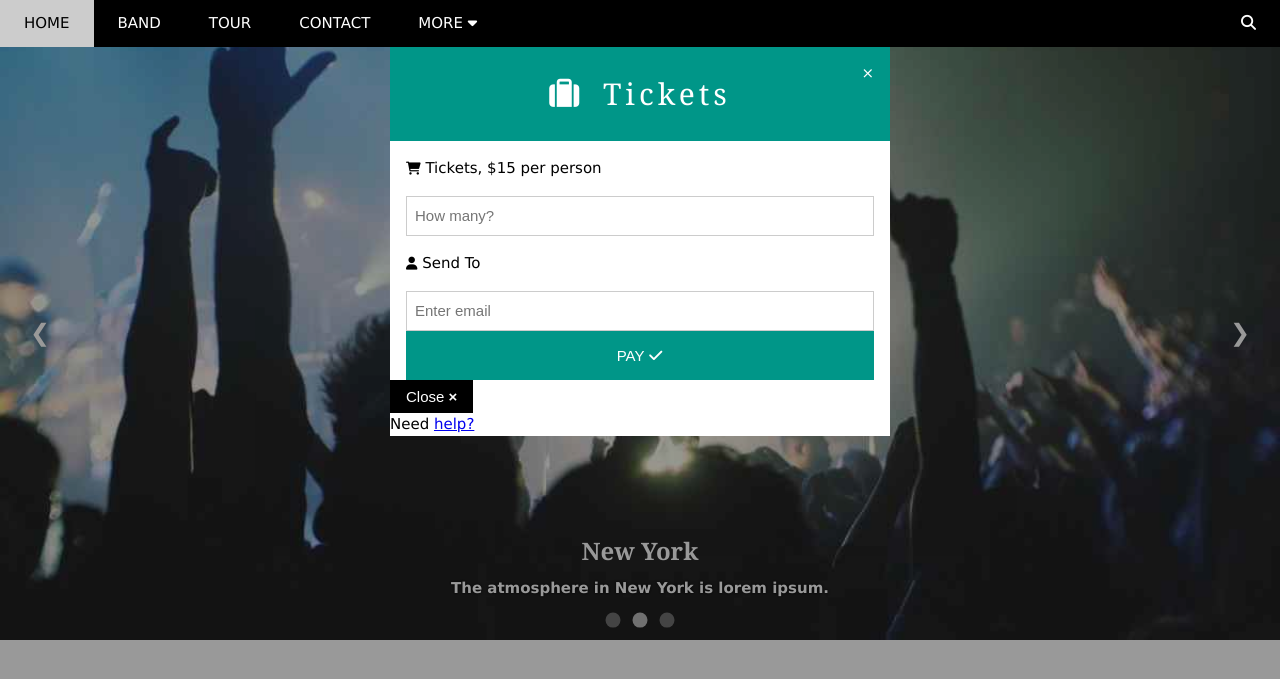
Repository: tam1512/The-Band
Page: index.html
The author's editor kept a copy of each file at every save. The page is drawn from the files as they stood at one save, then again after the next save.
The browser window is 1280 px wide. The pictures show the window.
A layer covers the whole window, so only the first screen is drawn. Some web libraries are served in a nearby version.

Above is the page before, as saved 2022-07-24 10:32:41.

### index.html
<!DOCTYPE html>
<html lang="en">
  <head>
    <meta charset="UTF-8" />
    <meta http-equiv="X-UA-Compatible" content="IE=edge" />
    <meta name="viewport" content="width=device-width, initial-scale=1.0" />
    <link
      rel="stylesheet"
      href="https://cdnjs.cloudflare.com/ajax/libs/font-awesome/6.1.1/css/all.min.css"
      integrity="sha512-KfkfwYDsLkIlwQp6LFnl8zNdLGxu9YAA1QvwINks4PhcElQSvqcyVLLD9aMhXd13uQjoXtEKNosOWaZqXgel0g=="
      crossorigin="anonymous"
      referrerpolicy="no-referrer"
    />
    <link rel="stylesheet" href="./assets/css/style.css" />
    <title>The Band</title>
  </head>
  <body>
    <div class="container">
      <!-- header -->
      <div class="header" id="home">
        <ul class="header_nav">
          <li><a href="#home">HOME</a></li>
          <li><a href="#band">BAND</a></li>
          <li><a href="#tour">TOUR</a></li>
          <li><a href="#contact">CONTACT</a></li>
          <li class="header_nav_dropdown">
            <a href="javascript:void(0)" class="dropbtn">
              MORE
              <i class="fa-solid fa-caret-down"></i>
            </a>
            <div class="dropdown-content">
              <a href="#">Merchandise</a>
              <a href="#">Extras</a>
              <a href="#">Media</a>
            </div>
          </li>
        </ul>
        <div id="header_search">
          <i class="fa-solid fa-magnifying-glass text-white"></i>
        </div>
      </div>
      <!-- Slideshow container -->
      <div class="slider">
        <!-- Full-width image with caption text -->
        <div class="slider_slides-cont">
          <div class="slider_slide">
            <img src="assets/img/la.jpg" alt="Los Angeles" />
            <div class="text padding-32-16 text-white">
              <h3 class="fz-24 margin-10-0">Los Angeles</h3>
              <p class="margin-15-0">
                <b class="text-shadow">We had the bes time playing at Venice Beach!</b>
              </p>
            </div>
          </div>

          <div class="slider_slide">
            <img src="assets/img/ny.jpg" alt="New York" />
            <div class="text padding-32-16 text-white">
              <h3 class="fz-24 margin-10-0">New York</h3>
              <p class="margin-15-0">
                <b class="text-shadow">The atmosphere in New York is lorem ipsum.</b>
              </p>
            </div>
          </div>

          <div class="slider_slide">
            <img src="assets/img/chicago.jpg" alt="Chicago" />
            <div class="text padding-32-16 text-white">
              <h3 class="fz-24 margin-10-0">Chicago</h3>
              <p class="margin-15-0">
                <b class="text-shadow">Thank you, Chicago - A night we won't forget</b>
              </p>
            </div>
          </div>
        </div>

        <!-- The pagination/circles -->
         <div class="slider_pagination"></div>

        <!-- Next and previous buttons (navigatin slide)-->
        <a class="prev">&#10094</a>
        <a class="next">&#10095</a>
      </div>
      <div class="content">
          <div class="padding-64-16 text-center" id="band">
            <h2 class="tilte fz-30 margin-10-0">THE BAND</h2>
            <p class="margin-15-0"><i class="sub-title opacity">We love music</i></p>
            <p class="band_content margin-15-0 text-justify">We have created a fictional band website. Lorem ipsum dolor sit amet, consectetur adipiscing elit, sed do eiusmod tempor incididunt ut labore et dolore magna aliqua. Ut enim ad minim veniam, quis nostrud exercitation ullamco laboris nisi ut aliquip ex ea commodo consequat. Duis aute irure dolor in reprehenderit in voluptate velit esse cillum dolore eu fugiat nulla pariatur. Excepteur sint occaecat cupidatat non proident, sunt in culpa qui officia deserunt mollit anim id est laborum consectetur adipiscing elit, sed do eiusmod tempor incididunt ut labore et dolore magna aliqua. Ut enim ad minim veniam, quis nostrud exercitation ullamco laboris nisi ut aliquip ex ea commodo consequat.</p>
            <div class="row band_members padding-32-0">
              <div class="third band_member">
                <p class="margin-15-0">Name</p>
                <img src="assets/img/bandmember.jpg" alt="band member" class="band_member_img margin-bottom-16">
              </div>
              <div class="third band_member">
                <p class="margin-15-0">Name</p>
                <img src="assets/img/bandmember.jpg" alt="band member" class="band_member_img margin-bottom-16">
              </div>
              <div class="third band_member">
                <p class="margin-15-0">Name</p>
                <img src="assets/img/bandmember.jpg" alt="band member" class="band_member_img margin-bottom-16">
              </div>
            </div>
            <!-- <div style="clear: both;"></div> -->
          </div>
          <div class="backgroud-black" id="tour">
            <div class="tour-container padding-64-16 text-center text-white">
              <h2 class="tilte fz-30 margin-10-0">TOUR DATES</h2>
              <p class="margin-15-0"><i class="sub-title">Remember to book your tickets!</i></p>
              <br>
              <ul class="list-month backgroud-white">
                <li class="month-item padding-8-16 boder-bottom">
                  <p class="month text-grey">September</p>
                  <span class="ticket-sold-out text-white">Sold out</span>
                </li>
                <li class="month-item padding-8-16 boder-bottom">
                  <p class="month text-grey">October</p>
                  <span class="ticket-sold-out text-white">Sold out</span>
                </li>
                <li class="month-item padding-8-16 boder-bottom">
                  <p class="month text-grey">November</p>
                  <span class="ticket-still text-white">3</span>
                </li>
              </ul>

              <div class="row ticket-list padding-32-8">
                <div class="ticket-wrap third margin-bottom-16 padding-0-8">
                  <img class="ticket-img img opacity" src="assets/img/newyork.jpg" alt="Ticket New Yourk">
                  <div class="ticket-content padding-0-16 backgroud-white text-left">
                    <p class="ticket-name margin-15-0 text-black"><b>New Yourk</b></p>
                    <p class="ticket-time margin-15-0 text-grey">Fri 27 Nov 2016</p>
                    <p class="ticket-desc margin-15-0 text-black">Praesent tincidunt sed tellus ut rutrum sed vitae justo.</p>
                    <button class="btn margin-bottom-16">Buy Ticket</button>
                  </div>
                </div>
                <div class="ticket-wrap third margin-bottom-16 padding-0-8">
                  <img class="ticket-img img opacity" src="assets/img/paris.jpg" alt="Ticket Chicago">
                  <div class="ticket-content padding-0-16 backgroud-white text-left">
                    <p class="ticket-name margin-15-0 text-black"><b>Paris</b></p>
                    <p class="ticket-time margin-15-0 text-grey">Sat 28 Nov 2016</p>
                    <p class="ticket-desc margin-15-0 text-black">Praesent tincidunt sed tellus ut rutrum sed vitae justo.</p>
                    <button class="btn margin-bottom-16">Buy Ticket</button>
                  </div>
                </div>
                <div class="ticket-wrap third margin-bottom-16 padding-0-8">
                  <img class="ticket-img img opacity" src="assets/img/sanfran.jpg" alt="Ticket San Francisco">
                  <div class="ticket-content padding-0-16 backgroud-white text-left">
                    <p class="ticket-name margin-15-0 text-black"><b>San Francisco</b></p>
                    <p class="ticket-time margin-15-0 text-grey">Sun 29 Nov 2016</p>
                    <p class="ticket-desc margin-15-0 text-black">Praesent tincidunt sed tellus ut rutrum sed vitae justo.</p>
                    <button class="btn margin-bottom-16">Buy Ticket</button>
                  </div>
                </div>
              </div>
            </div>
          </div>
      </div>
    </div>
    <!-- Ticket modal -->
    <div id="ticketModal">
     <div class="ticket-content">
       <div class="modal-heading padding-32-16">
         <span class="btn-ticket-out btn fz-24">&times;</span>
         <h2 class="ticket-title text-center text-white fz-30">
           <i class="fa-solid fa-suitcase"></i>
           Tickets
         </h2>
       </div>
       <form class="ticket-form padding-0-16">
         <label class="ticket-form-label margin-16-0" for="quantity_person">
           <i class="fa-solid fa-cart-shopping"></i>
           Tickets, $15 per person
         </label>
         <input type="text" id="quantity_person" name="quantity_person" placeholder="How many?">
         <label class="ticket-form-label margin-16-0" for="email">
           <i class="fa-solid fa-user"></i>
           Send To
         </label>
         <input type="email" id="email" name="email" placeholder="Enter email">
         <button class="big-btn btn">
           Pay
           <i class="fa-solid fa-check"></i>
         </button>
       </form>
       <div class="modal-footer">
         <button class="ticket-footer-close btn">
           Close
           <b>&times;</b>
         </button>
         <p class="ticket-help">
           Need
           <a href="javascript::void(0);">help?</a>
         </p>
       </div>
     </div>
    </div>
    <script src="assets/js/js.js"></script>
  </body>
</html>

### assets/css/style.css
:root {
}

* {
  padding: 0em;
  margin: 0;
  box-sizing: border-box;
}

body {
  font-family: Verdana, sans-serif;
  font-size: 15px;
  line-height: 22.5px;
}

h1,
h2,
h3,
h4,
h5,
h6 {
  font-family: Georgia, serif;
}

.fz-24 {
  font-size: 24px;
}

.fz-30 {
  font-size: 30px;
}

.text-white {
  color: white;
}

.text-grey {
  color: #757575;
}

.text-black {
  color: #000;
}

.opacity {
  opacity: 0.6 !important;
}

.backgroud-black {
  background-color: #000;
}

.backgroud-white {
  background-color: #fff;
}

.text-center {
  text-align: center;
}

.text-justify {
  text-align: justify;
}

.text-left {
  text-align: left;
}

.padding-0-8 {
  padding: 0.01em 8px !important;
}

.padding-0-16 {
  padding: 0.01em 16px !important;
}

.padding-64-16 {
  padding: 64px 16px !important;
}

.padding-32-16 {
  padding: 32px 16px !important;
}

.padding-32-8 {
  padding: 32px 8px !important;
}

.padding-32-0 {
  padding: 32px 0 !important;
}

.padding-8-16 {
  padding: 8px 16px !important;
}

.padding-32 {
  padding: 32px !important;
}

.margin-0-24 {
  margin: 0 24px !important;
}

.margin-10-0 {
  margin: 10px 0 !important;
}

.margin-15-0 {
  margin: 15px 0 !important;
}

.margin-16-0 {
  margin: 16px 0 !important;
}

.margin-bottom-16 {
  margin-bottom: 16px;
}

.text-shadow {
  text-shadow: 0 0 3px #000;
}

.boder-bottom {
  border: 1px solid #ddd;
}

.btn {
  display: inline-block;
  text-decoration: none;
  color: white;
  border: none;
  outline: none;
  padding: 8px 16px;
  background-color: #000;
  font-size: 15px;
  text-align: center;
  cursor: pointer;
}

.btn:hover {
  background-color: #ccc;
  color: #000;
}

.img {
  width: 100%;
  outline: none;
  vertical-align: middle;
}

.header {
  position: fixed;
  top: 0;
  right: 0;
  left: 0;
  z-index: 2;
}

.header_nav {
  list-style-type: none;
  background-color: #000;
  overflow: hidden;
}

.header_nav > li {
  float: left;
}

.header_nav > li > a,
.dropbtn {
  display: inline-block;
  padding: 12px 24px;
  text-align: center;
  color: #fff;
  text-decoration: none;
}

.header_nav > li > a:hover,
.header_nav_dropdown:hover,
.dropbtn:hover,
.dropdown-content a:hover {
  background-color: #ccc;
  color: black;
}

li.header_nav_dropdown {
  display: inline-block;
  /* position: relative; */
}

.dropdown-content {
  display: none;
  position: absolute;
  min-width: 160px;
  background-color: #fff;
  box-shadow: 0px 8px 16px 0px rgba(0, 0, 0, 0.2);
  z-index: 1;
}

.dropdown-content a {
  color: #000 !important;
  text-align: left;
  padding: 8px 16px;
  display: block;
  text-decoration: none;
}

.header_nav_dropdown:hover .dropdown-content {
  display: block;
}

#header_search {
  position: absolute;
  top: 0;
  right: 0;
  padding: 12px 24px;
}

#header_search:hover {
  background-color: #f44336;
}

/* Slider */
/* Slideshow container */
.slider,
.slider_slides-cont {
  max-width: 100%;
  height: auto;
  position: relative;
  /* top: 47px; */
  margin: auto;
}

/* Hide the images by default */
.slider_slide {
  display: none;
}

.slider_slide:first-child {
  display: block;
}

.slider_slides-cont img {
  width: 100%;
  height: 100%;
}

/* Next & previous buttons */
.prev,
.next {
  cursor: pointer;
  position: absolute;
  top: 50%;
  transform: translate(0, -50%);
  margin: 10px;
  padding: 24px 20px;
  color: #fff;
  font-weight: bold;
  font-size: 24px;
  transition: background-color 0.6s ease;
  border-radius: 5px 5px 5px 5px;
  user-select: none;
}

/* Position the "next button" to the right */
.next {
  right: 0;
  border-radius: 5px 5px 5px 5px;
}

/* On hover, add a black backgroound color with a little bit see-through */
.prev:hover,
.next:hover {
  background-color: rgba(191, 191, 191, 0.6);
  color: rgb(26, 23, 23);
  font-weight: bolder;
}

/* Caption text */
.text {
  position: absolute;
  left: 50%;
  transform: translate(-50%, -100%);
  text-align: center;
}

.slider_pagination {
  position: absolute;
  left: 50%;
  transform: translate(-50%, -120%);
}

.slider_pagination_btn {
  cursor: pointer;
  padding: 6px;
  background-color: transparent;
  display: inline-block;
  transition: background-color 0.6s ease;
}

.slider_pagination_btn::before {
  content: "";
  display: inline-block;
  height: 15px;
  width: 15px;
  border-radius: 50%;
  background-color: #717171;
}
.slider_pagination_btn.slider_pagination_btn--sel::before,
.slider_pagination_btn:hover::before {
  background-color: #bbb;
}

/* content */

#band,
.tour-container,
#contact {
  max-width: 800px;
  margin-left: auto;
  margin-right: auto;
}

.tilte {
  font-weight: normal;
  line-height: 45px;
  letter-spacing: 4px;
}

/* band */
/* Third image */

.row:after {
  content: "";
  display: table;
  clear: both;
}

.third {
  float: left;
  width: calc(100% / 3);
}

.band_member_img {
  width: 60%;
  border-radius: 4px;
}

/* Month ticket */
.list-month {
  list-style-type: none;
  text-align: left;
}

.month-item {
  position: relative;
}

.month {
  display: inline-block;
}

.ticket-sold-out {
  display: inline-block;
  background-color: #f44336;
  padding: 0.01em 8px;
  margin-left: 16px;
}

.ticket-still {
  display: inline-block;
  padding: 0.01em 8px;
  position: absolute;
  right: 32px;
  text-align: center;
  background-color: #000;
  border-radius: 50%;
}

/* ticket list */
.ticket-list {
  margin: 0 -16px;
}

/* ticket modal */
#ticketModal {
  position: fixed;
  top: 47px;
  right: 0;
  bottom: 0;
  left: 0;
  overflow: auto;
  background-color: rgba(0, 0, 0, 0.4);
}

.ticket-content {
  position: relative;
  width: 500px;
  margin: auto;
  background-color: #fff;
}

.modal-heading {
  background-color: #009688;
}

.ticket-title {
  font-weight: normal;
  letter-spacing: 4px;
}

.ticket-title i {
  margin-right: 8px;
}

.btn-ticket-out {
  position: absolute;
  top: 0;
  right: 0;
  line-height: 36px;
  background-color: transparent;
}

.ticket-form-label {
  display: block;
}

.ticket-form-label i {
  line-height: 15px;
  font-size: 13px;
}

#quantity_person,
#email {
  display: block;
  padding: 8px;
  font-size: 15px;
  line-height: 22.5px;
  border: 1px solid #ccc;
  background-color: #fff;
  width: 100%;
}

.big-btn {
  padding: 16px;
  background-color: #009688;
  width: 100%;
  text-transform: uppercase;
}

### assets/js/js.js
let currentIndex = 0;
let newIndex = 0;
let autoplay = true;

//tạo một object cho việc tự động chuyển slide
let Autoplay = {
  timerID: null,
  interval: 4000,

  start: function () {
    this.timerID = setInterval(function () {
      newIndex++;
      navigateSlider();
    }, this.interval);
  },

  reset: function () {
    clearInterval(this.timerID);
    this.start();
  },
};

let slideElements = document.getElementsByClassName("slider_slide");
let slidesLength = slideElements.length;
let paginationElement = document.getElementsByClassName("slider_pagination")[0];
let prevElement = document.getElementsByClassName("prev")[0];
let nextElement = document.getElementsByClassName("next")[0];

// lấy sự kiện click của 2 nut prev và next
prevElement.addEventListener("click", function () {
  newIndex--;
  navigateSlider();
});

nextElement.addEventListener("click", function () {
  newIndex++;
  navigateSlider();
});

// tạo số dot tương ứng với số slide
paginationHTML = [];
for (let i = 0; i < slidesLength; i++) {
  paginationHTML.push(
    `<span class="slider_pagination_btn" data-index="${i}"></span>`
  );
}
// Thêm paginationHTML vào bên trong thẻ HTML
paginationElement.innerHTML = paginationHTML.join("");

//kiểm tra xem đã có phần tử chứa class="slider_pagination_btn" chưa? nếu có lấy giá trị trong data-index của nó gán cho newIndex
paginationElement.addEventListener("click", function (e) {
  let target = e.target;
  if (target.classList.contains("slider_pagination_btn")) {
    newIndex = Number(target.getAttribute("data-index"));
    navigateSlider();
  }
});

// Hàm hiện thị slide
function navigateSlider() {
  // Kiểm tra để newIndex luôn nằm trong khoảng từ 0 -> slideLength
  if (newIndex < 0) {
    newIndex = slidesLength - 1;
  } else if (newIndex > slidesLength - 1) {
    newIndex = 0;
  }

  //Thêm và xóa slider_pagination_btn--sel
  paginationElement.childNodes[currentIndex].classList.remove(
    "slider_pagination_btn--sel"
  );
  paginationElement.childNodes[newIndex].classList.add(
    "slider_pagination_btn--sel"
  );

  //reset interval(khoảng thời gian) để slide không gặp vấn đề về chuyển đổi
  if (autoplay) {
    Autoplay.reset();
  }

  //Ẩn slide trước và hiện slide cần hiện
  slideElements[currentIndex].style.display = "none";
  slideElements[newIndex].style.display = "block";

  currentIndex = newIndex;
}

// thiết lập autoplay cho slider
if (autoplay) {
  Autoplay.start();
}

// khi load page sẽ bị lỗi hiển thị ban đầu, đây là cách giải quyết
navigateSlider();

After the next save:
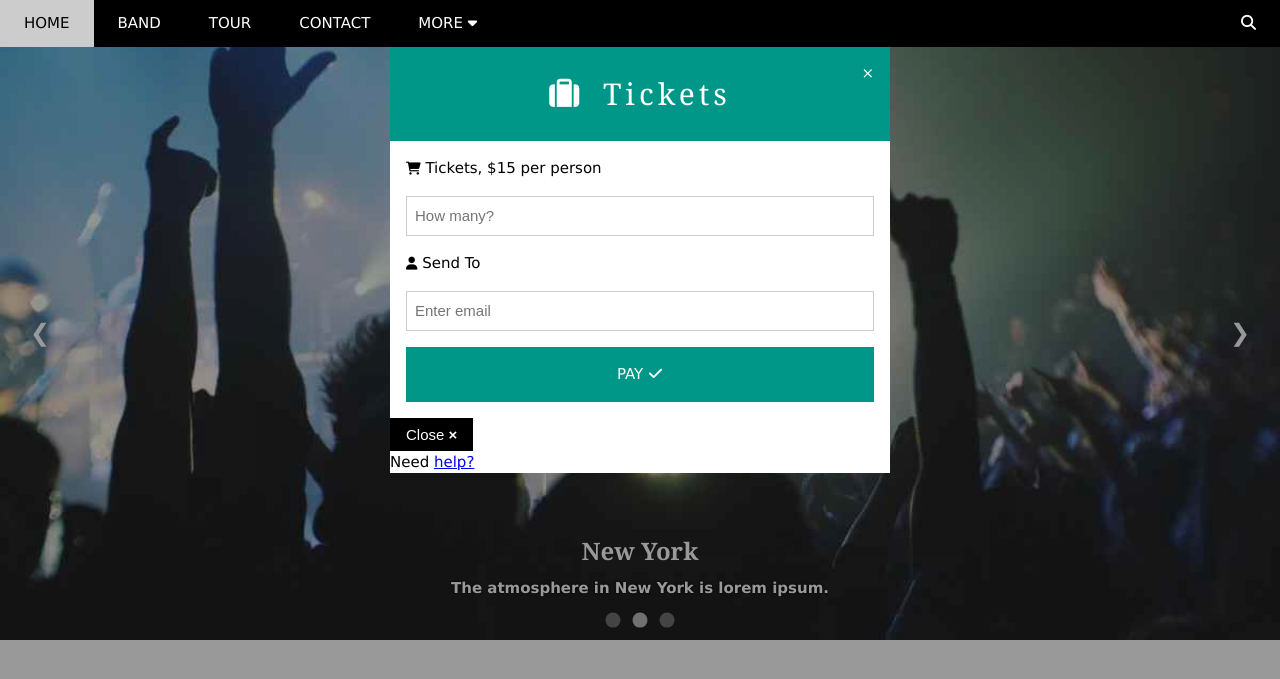
Saved 76 s later.
--- a/index.html
+++ b/index.html
@@ -176,10 +176,10 @@
            Send To
          </label>
          <input type="email" id="email" name="email" placeholder="Enter email">
-         <button class="big-btn btn">
+         <a href="javascipt:void(0)" class="big-btn btn margin-16-0">
            Pay
            <i class="fa-solid fa-check"></i>
-         </button>
+         </a>
        </form>
        <div class="modal-footer">
          <button class="ticket-footer-close btn">
